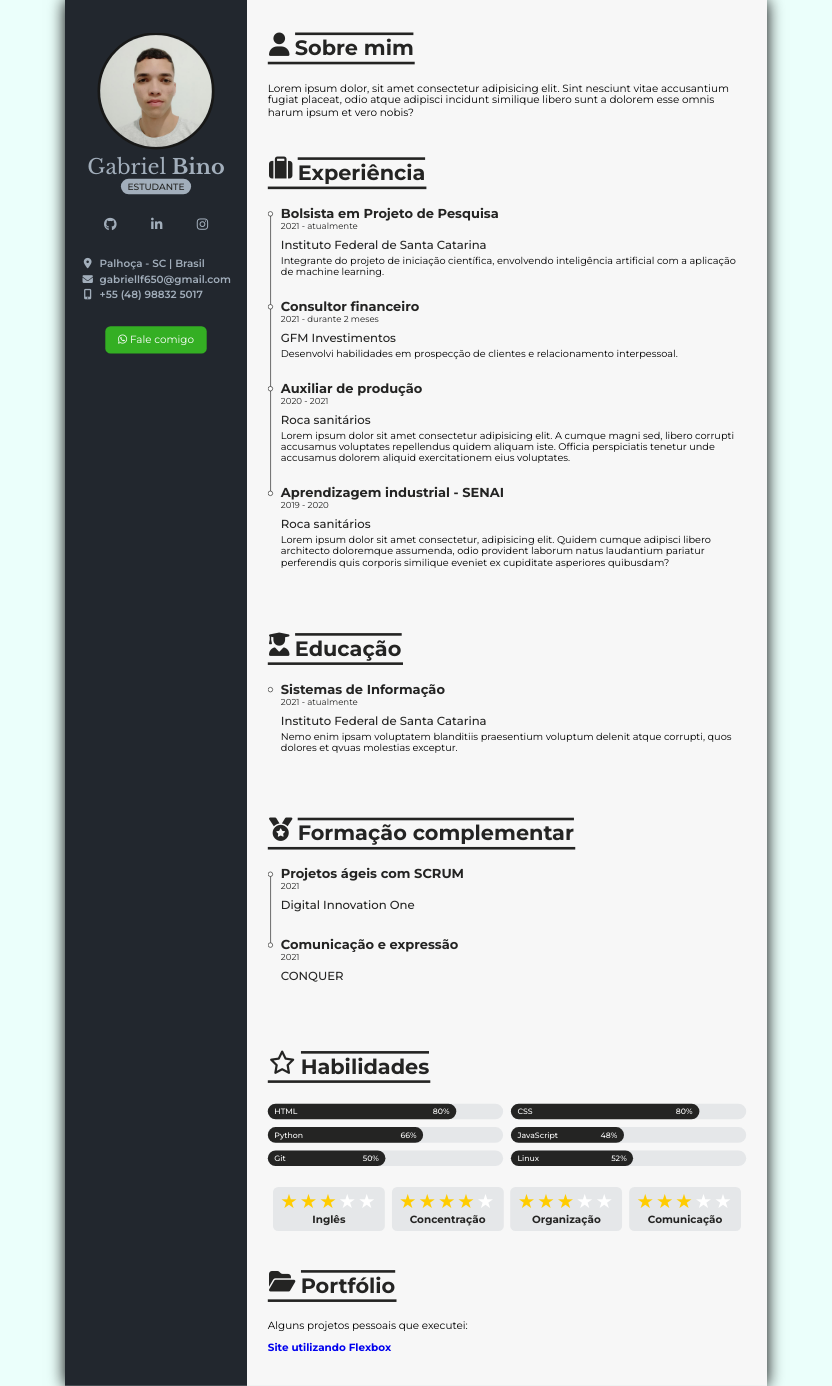
Repository: gabrielbino/curriculoResponsivo
Page: index.html
The author's editor kept a copy of each file at every save. The page is drawn from the files as they stood at one save, then again after the next save.
The browser window is 1280 px wide. The pictures show the whole page, at 65% of full size.
Some web libraries are served in a nearby version.

Above is the page before, as saved 2021-10-20 22:56:07.

### index.html
<!DOCTYPE html>
<html lang="pt-br">
  <head>
    <meta charset="UTF-8" />
    <meta name="viewport" content="width=device-width, initial-scale=1" />
    <link
      rel="stylesheet"
      href="https://cdnjs.cloudflare.com/ajax/libs/normalize/8.0.1/normalize.min.css"
      integrity="sha512-NhSC1YmyruXifcj/KFRWoC561YpHpc5Jtzgvbuzx5VozKpWvQ+4nXhPdFgmx8xqexRcpAglTj9sIBWINXa8x5w=="
      crossorigin="anonymous"
      referrerpolicy="no-referrer"
    />
    <script
      src="https://kit.fontawesome.com/a6ac7cca8d.js"
      crossorigin="anonymous"
    ></script>
    <link rel="stylesheet" href="css/style.css" />
    <link rel="shortcut icon" href="img/favicon.ico" />
    <title>CV do Gabriel</title>
  </head>
  <body>
    <main>
      <aside>
        <div class="sidebar">
          <img
            class="profile-picture"
            src="./img/option_profile.jpeg"
            alt="Gabriel Bino"
          />
          <h1 class="title-name"><span>Gabriel</span> Bino</h1>
          <h3 class="subtitle-role">Estudante</h3>
          <div class="social-links">
            <a href="https://github.com/gabrielbino" target="_blank">
              <i class="fab fa-github"></i>
            </a>
            <a
              href="https://www.linkedin.com/in/gabriel-fernandes-bino-456499195/"
              target="_blank"
            >
              <i class="fab fa-linkedin-in"></i>
            </a>
            <!-- <a href="https://twitter.com/theleoad" target="_blank">
              <i class="fab fa-twitter"></i>
            </a> -->
            <a href="https://www.instagram.com/gabrielfbino/" target="_blank">
              <i class="fab fa-instagram"></i>
            </a>
          </div>
          <ul class="personal-data">
            <li>
              <i class="fas fa-map-marker-alt"></i>
              <span>Palhoça - SC | Brasil</span>
            </li>
            <li>
              <i class="fas fa-envelope"></i>
              <a href="mailto:galbriellf650@gmail.com"
                >gabriellf650@gmail.com</a
              >
            </li>
            <li>
              <i class="fas fa-mobile-alt"></i>
              <a href="tel:+5548988325017">+55 (48) 98832 5017</a>
            </li>
          </ul>
          <a
            class="download-button"
            href="https://wa.me/+5548988325017"
            target="_blank"
          >
            <i class="fab fa-whatsapp"></i>
            <span>Fale comigo</span>
          </a>
        </div>
      </aside>
      <section>
        <article>
          <div class="article-title-wrapper">
            <i class="fas fa-user"></i>
            <h2 class="article-title">Sobre mim</h2>
          </div>
          <p>
            Lorem ipsum dolor, sit amet consectetur adipisicing elit. Sint
            nesciunt vitae accusantium fugiat placeat, odio atque adipisci
            incidunt similique libero sunt a dolorem esse omnis harum ipsum et
            vero nobis?
          </p>
        </article>
        <article>
          <div class="article-title-wrapper">
            <i class="fas fa-suitcase"></i>
            <h2 class="article-title">Experiência</h2>
          </div>
          <ul class="timeline">
            <li>
              <h4 class="timeline-title">Bolsista em Projeto de Pesquisa</h4>
              <h5 class="timeline-time">2021 - atualmente</h5>
              <h6 class="timeline-place">
                Instituto Federal de Santa Catarina
              </h6>
              <p class="timeline-text">
                Integrante do projeto de iniciação científica, envolvendo
                inteligência artificial com a aplicação de machine learning.
              </p>
            </li>
            <li>
              <h4 class="timeline-title">Consultor financeiro</h4>
              <h5 class="timeline-time">2021 - durante 2 meses</h5>
              <h6 class="timeline-place">GFM Investimentos</h6>
              <p class="timeline-text">
                Desenvolvi habilidades em prospecção de clientes e
                relacionamento interpessoal.
              </p>
            </li>
            <li>
              <h4 class="timeline-title">Auxiliar de produção</h4>
              <h5 class="timeline-time">2020 - 2021</h5>
              <h6 class="timeline-place">Roca sanitários</h6>
              <p class="timeline-text">
                Lorem ipsum dolor sit amet consectetur adipisicing elit. A
                cumque magni sed, libero corrupti accusamus voluptates
                repellendus quidem aliquam iste. Officia perspiciatis tenetur
                unde accusamus dolorem aliquid exercitationem eius voluptates.
              </p>
            </li>
            <li>
              <h4 class="timeline-title">Aprendizagem industrial - SENAI</h4>
              <h5 class="timeline-time">2019 - 2020</h5>
              <h6 class="timeline-place">Roca sanitários</h6>
              <p class="timeline-text">
                Lorem ipsum dolor sit amet consectetur, adipisicing elit. Quidem
                cumque adipisci libero architecto doloremque assumenda, odio
                provident laborum natus laudantium pariatur perferendis quis
                corporis similique eveniet ex cupiditate asperiores quibusdam?
              </p>
            </li>
          </ul>
        </article>
        <article>
          <div class="article-title-wrapper">
            <i class="fas fa-user-graduate"></i>
            <h2 class="article-title">Educação</h2>
          </div>
          <ul class="timeline">
            <li>
              <h4 class="timeline-title">Sistemas de Informação</h4>
              <h5 class="timeline-time">2021 - atualmente</h5>
              <h6 class="timeline-place">
                Instituto Federal de Santa Catarina
              </h6>
              <p class="timeline-text">
                Nemo enim ipsam voluptatem blanditiis praesentium voluptum
                delenit atque corrupti, quos dolores et qvuas molestias
                exceptur.
              </p>
            </li>
          </ul>
        </article>
        <article>
          <div class="article-title-wrapper">
            <i class="fas fa-medal"></i>
            <h2 class="article-title">Formação complementar</h2>
          </div>
          <ul class="timeline">
            <li>
              <h4 class="timeline-title">Projetos ágeis com SCRUM</h4>
              <h5 class="timeline-time">2021</h5>
              <h6 class="timeline-place">Digital Innovation One</h6>
            </li>
            <li>
              <h4 class="timeline-title">Comunicação e expressão</h4>
              <h5 class="timeline-time">2021</h5>
              <h6 class="timeline-place">CONQUER</h6>
            </li>
          </ul>
        </article>
        <article>
          <div class="article-title-wrapper">
            <i class="far fa-star"></i>
            <h2 class="article-title">Habilidades</h2>
          </div>
          <div class="skills-container">
            <div class="progress">
              <div class="progress-bar" role="progressbar" style="width: 80%">
                <div class="progress-text">
                  <span>HTML</span>
                  <span>80%</span>
                </div>
              </div>
            </div>
            <div class="progress">
              <div class="progress-bar" role="progressbar" style="width: 80%">
                <div class="progress-text">
                  <span>CSS</span>
                  <span>80%</span>
                </div>
              </div>
            </div>
            <div class="progress">
              <div class="progress-bar" role="progressbar" style="width: 66%">
                <div class="progress-text">
                  <span>Python</span>
                  <span>66%</span>
                </div>
              </div>
            </div>
            <div class="progress">
              <div class="progress-bar" role="progressbar" style="width: 48%">
                <div class="progress-text">
                  <span>JavaScript</span>
                  <span>48%</span>
                </div>
              </div>
            </div>
            <div class="progress">
              <div class="progress-bar" role="progressbar" style="width: 50%">
                <div class="progress-text">
                  <span>Git</span>
                  <span>50%</span>
                </div>
              </div>
            </div>
            <div class="progress">
              <div class="progress-bar" role="progressbar" style="width: 52%">
                <div class="progress-text">
                  <span>Linux</span>
                  <span>52%</span>
                </div>
              </div>
            </div>
          </div>
          <div class="soft-skills">
            <div class="soft-skill">
              <div class="soft-skill-rating" style="--rating: 3"></div>
              <h4 class="soft-skill-label">Inglês</h4>
            </div>
            <div class="soft-skill">
              <div class="soft-skill-rating" style="--rating: 4"></div>
              <h4 class="soft-skill-label">Concentração</h4>
            </div>
            <div class="soft-skill">
              <div class="soft-skill-rating" style="--rating: 3"></div>
              <h4 class="soft-skill-label">Organização</h4>
            </div>
            <div class="soft-skill">
              <div class="soft-skill-rating" style="--rating: 3"></div>
              <h4 class="soft-skill-label">Comunicação</h4>
            </div>
          </div>
        </article>
        <article>
          <div class="article-title-wrapper">
            <i class="fas fa-folder-open"></i>
            <h2 class="article-title">Portfólio</h2>
          </div>
          <p>Alguns projetos pessoais que executei:</p>
          <div class="portfolio">
            <a href="https://staticflexbox.netlify.app/" class="portfolio-item">
              Site utilizando Flexbox
            </a>
            <a href="#" class="portfolio-item">
              <div></div>
            </a>
            <a href="#" class="portfolio-item">
              <div></div>
            </a>
            <a href="#" class="portfolio-item">
              <div></div>
            </a>
          </div>
        </article>
      </section>
    </main>
  </body>
</html>

### css/style.css
@import url("https://fonts.googleapis.com/css2?family=Libre+Baskerville:wght@400;700&family=Montserrat:wght@400;500;600;700&display=swap");

* {
  box-sizing: border-box;
}

img {
  max-width: 100%;
}

body {
  background-color: #ebfffb;
  color: black;
  font-family: "Montserrat", sans-serif;
}

main {
  background-color: #ebfffb;
  box-shadow: 0 0 1.5rem;
  display: flex;
  margin: 0 auto;
  max-width: 1080px;
  min-height: 100vh;
  width: 100%;
}

aside {
  background-color: #22272e;
  padding: 50px 0 16px;
  width: 280px;
}

.sidebar {
  align-items: center;
  display: flex;
  flex-direction: column;
  position: sticky;
  top: 16px;
  width: 100%;
}

.profile-picture {
  border-radius: 50%;
  border: solid 4px #181817;
  width: 180px;
}

.title-name {
  color: #a2aebb;
  font-family: "Libre Baskerville", serif;
  font-weight: 700;
  margin: 8px 0 0;
}

.title-name span {
  font-weight: 500;
}

.subtitle-role {
  background: #a2aebb;
  border-radius: 12px;
  color: #242423;
  font-size: 14px;
  font-weight: 500;
  margin: 0;
  padding: 4px 10px;
  text-transform: uppercase;
}

.social-links {
  display: flex;
  font-size: 20px;
  justify-content: space-between;
  margin: 36px 0;
  width: 160px;
}

.social-links a {
  color: #a2aebb;
}

.social-links a:hover {
  color: #e8eddf;
}

.personal-data {
  list-style-type: none;
  margin: 0;
  padding: 0;
}

.personal-data li {
  color: #a2aebb;
  font-weight: 600;
  line-height: 1.5;
}

.personal-data li a {
  color: inherit;
  text-decoration: none;
}

.personal-data i {
  margin-right: 4px;
  text-align: center;
  width: 20px;
}

.download-button {
  background: #34af23;
  border-radius: 8px;
  color: white;
  display: block;
  margin: 36px 0;
  padding: 12px 20px;
  text-decoration: none;
}

section {
  background-color: #f7f7f7;
  padding: 50px 32px 0;
  width: calc(100% - 280px);
}

article:not(:last-of-type) {
  margin-bottom: 60px;
}

.article-title-wrapper {
  align-items: center;
  border-bottom: 4px solid;
  color: #242423;
  display: inline-flex;
  margin-bottom: 12px;
  padding: 0 2px;
}
.article-title-wrapper i {
  font-size: 36px;
  margin: -8px 8px 0 0;
}

.article-title {
  border-top: 4px solid;
  color: #242423;
  font-size: 32px;
  font-weight: 800;
  margin: 0 0 2px;
  padding-top: 2px;
}

.timeline {
  list-style: none;
  margin: 20px 0;
  padding: 0;
}

.timeline li {
  margin: 0;
  padding: 2px 0 40px 20px;
  position: relative;
}

.timeline li::after {
  background-color: #fff;
  border-radius: 50%;
  border: 1px solid #242423;
  box-sizing: border-box;
  content: "";
  display: inline-block;
  height: 8px;
  left: 0;
  position: absolute;
  top: 2px;
  width: 8px;
}

.timeline li:not(:last-of-type)::before {
  background-color: #242423;
  content: "";
  height: 100%;
  left: 3.5px;
  position: absolute;
  top: calc(0.5em - 4px);
  width: 1px;
}

.timeline-title {
  color: #242423;
  font-size: 20px;
  margin: -8px 0 0;
}

.timeline-time {
  color: #242423;
  font-weight: 400;
  margin: 0;
}

.timeline-place {
  color: #242423;
  font-size: 18px;
  font-weight: 500;
  margin: 12px 0 4px;
}

.timeline-text {
  font-size: 15px;
  margin: 0;
}

.skills-container {
  display: flex;
  flex-wrap: wrap;
  justify-content: space-between;
  margin: 20px 0;
}

.progress {
  background-color: rgba(68, 86, 108, 0.1);
  border-radius: 20px;
  display: flex;
  font-size: 0.75rem;
  height: 1.5rem;
  margin-bottom: 12px;
  width: calc(50% - 6px);
}

.progress-bar {
  align-items: center;
  background-color: #242423;
  border-radius: 20px;
  color: #fff;
  font-weight: 500;
  display: flex;
  padding: 0 10px;
}

.progress-text {
  display: flex;
  justify-content: space-between;
  width: 100%;
}

.soft-skills {
  display: flex;
  justify-content: space-between;
  padding: 0 8px;
}

.soft-skill {
  background-color: rgba(68, 86, 108, 0.1);
  border-radius: 8px;
  padding: 8px;
  text-align: center;
  width: calc(25% - 8px);
}

.soft-skill-rating {
  --percent: calc(var(--rating) / 5 * 100%);
  display: inline-block;
  font-family: Times;
  font-size: 30px;
  line-height: 1;
}

.soft-skill-rating::before {
  background-clip: text;
  background: linear-gradient(90deg, #fc0 var(--percent), #fff var(--percent));
  content: "★★★★★";
  letter-spacing: 3px;
  -webkit-background-clip: text;
  -webkit-text-fill-color: transparent;
}

.soft-skill-label {
  color: #242423;
  margin: 4px 0 0;
}

.portfolio {
  display: flex;
  flex-wrap: wrap;
  justify-content: space-between;
}

.portfolio-item {
  margin-bottom: 24px;
  font-weight: 800;
  text-decoration: none;
  width: calc(50% - 12px);
}

@media (max-width: 1024px) {
  .soft-skills {
    flex-wrap: wrap;
  }

  .soft-skill {
    margin: 4px;
    width: calc(50% - 8px);
  }
}

@media (max-width: 768px) {
  main {
    display: block;
  }

  aside,
  section {
    width: 100%;
  }

  section {
    padding: 32px 16px 0;
  }

  .article-title-wrapper {
    display: flex;
    padding: 0;
  }

  .progress,
  .soft-skill,
  .portfolio-item,
  .article-title {
    width: 100%;
  }

  .portfolio-item figure {
    text-align: center;
  }
}

After the next save:
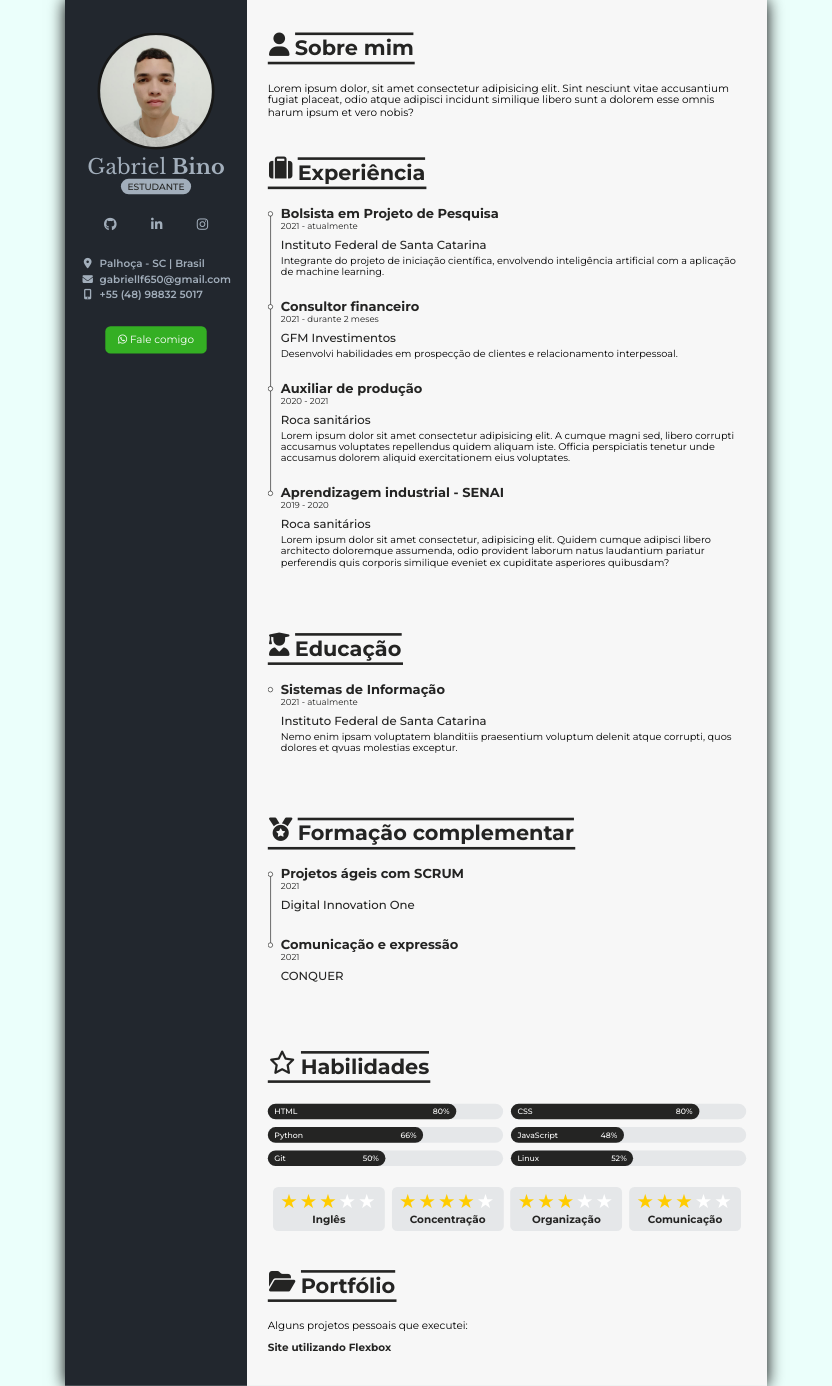
Saved 72 s later.
--- a/css/style.css
+++ b/css/style.css
@@ -285,6 +285,7 @@ article:not(:last-of-type) {
 
 .portfolio-item {
   margin-bottom: 24px;
+  color: #242423;
   font-weight: 800;
   text-decoration: none;
   width: calc(50% - 12px);
